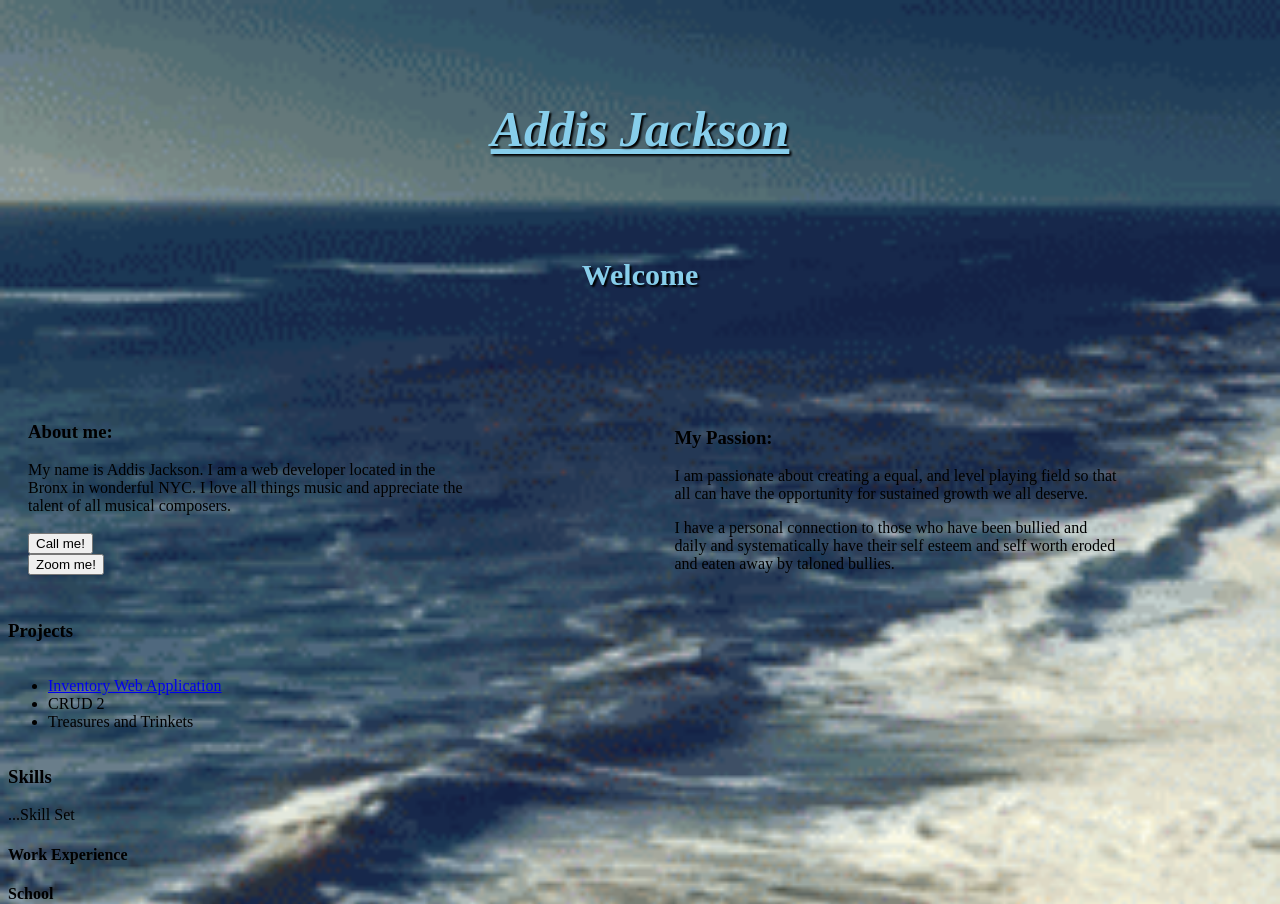
Repository: 10-2-pursuit/lab-design-assets
Page: index.html
The author's editor kept a copy of each file at every save. The page is drawn from the files as they stood at one save, then again after the next save.
The browser window is 1280 px wide. The pictures show the part of the page from y = 0 to 904 px (the page is 1852 px tall).
A picture or video elsewhere on the page could not be fetched, so the positions and the page height are approximate.

Above is the page before, as saved 2023-07-16 05:28:52.

### index.html
<!DOCTYPE html>
<html lang="en">
  <head>
    <meta charset="UTF-8" />
    <meta http-equiv="X-UA-Compatible" content="IE=edge" />
    <meta name="viewport" content="width=device-width, initial-scale=1.0" />
    <link rel="stylesheet" href="style.css" />
    <title>MY PORTFOLIO</title>
  </head>
  <body>
    <header>
      <h1>Addis Jackson</h1>
    </header>
    <main>
      <section>
        <h2>Welcome</h2>
        <article for="about" class="about">
          <h3>About me:</h3>
          <p>
            My name is Addis Jackson.
            I am a web developer located in the Bronx in wonderful NYC.
            I love all things music and appreciate the talent of all musical composers.
            <br>
            <br>
            <button for="callMe">Call me!</button>
            <br>
            <button for="zoomMe" href=""https://us06web.zoom.us/j/7717484238">Zoom me!</button>
          </p>
        </article>
        <article for="passion" class="passion">
          <h3>My Passion:</h3>
          <p>I am passionate about creating a equal, and level playing field so that all can have the opportunity for sustained growth we all deserve.</p>
          <p>I have a personal connection to those who have been bullied and daily and systematically have their self esteem and self worth eroded and eaten away by taloned bullies.</p>

        </article>
      </section>
      <section>
        <h3>Projects</h3>
        <article>
          <ul>
            <!-- TO DO LINK TO THE THREE LABS OR PROJECTS YOU ARE MOST PROUD OF SO FAR -->
            <li><a href="https://github.com/addisjackson/inventory-web-application">Inventory Web Application</a></li>
            <li><CRUD href="https://github.com/addisjackson/crud2">CRUD 2</li>
            <li><Treasures href="https://github.com/addisjackson/Treasures-and-Trinkets-Project-AddisJackson">Treasures and Trinkets</li>
          </ul>
        </article>
        <h3>Skills</h3>
        <article>
        ...<a img src="./assets/Pasted Graphic 1.png">Skill Set</a>
        </article>
      </section>
    </main>
    <aside>
      <h4>Work Experience</h4>
      <!-- add whatever details you want here -->
      <h4>School</h4>
      <!-- add whatever details you want here -->
    </aside>
    <footer>
      <ul>
        <li>
          <!-- TO DO UPDATE LINKS TO GO TO YOUR PROFILES/EMAIL -->
          <a href="https://www.linkedin.com/addisjackson"
            ><img src="./assets/LinkedIn-Logos/LI-Logo.png" alt=""
          /></a>
        </li>
        <li>
          <a href="https://github.com/addisjackson"
            ><img src="./assets/github-mark/github-mark.png" alt=""
          /></a>
        </li>
        <li>
          <a href="mailto:addisjackson@pursuit.org"
            ><img src="./assets/email-g8e9fd44a3_640.png" alt="Email me"
          /></a>
        </li>
      </ul>
    </footer>
  </body>
</html>

### style.css
body {
    background-image: url("./assets/waves-beach.gif");
    background-repeat: no-repeat;
    background-size: cover;
}

h1 {
    font-size: 50px;
    color: skyblue;
    text-align: center;
    margin-top: 100px;
    margin-bottom: 100px;
    text-shadow: 2px 2px 2px black;
    font-weight: bold;
    font-family: Calibri Light, Calibri,;
    font-style: italic;
    text-decoration: underline;
}

h2 {
    font-size: 30px;
    color: skyblue;
    text-align: center;
    margin-top: 100px;
    margin-bottom: 100px;
    text-shadow: 2px 2px 2px black;
    font-weight: bold;
    font-family: fantasy;
}

article {
    display: inline-block;
}

.about {
    text-align: left;
    margin-top: 10px;
    margin-bottom: 10px;
    margin-left: 20px;
    margin-right: 200px;
    width: 35%
}

.about p {
    word-wrap: width ;
}
.passion p {
    word-wrap: width ;
}

.passion {

    text-align: left;
    margin-top: 10px;
    margin-bottom: 10px;
    margin-right: 20px;
    width: 35%
}

After the next save:
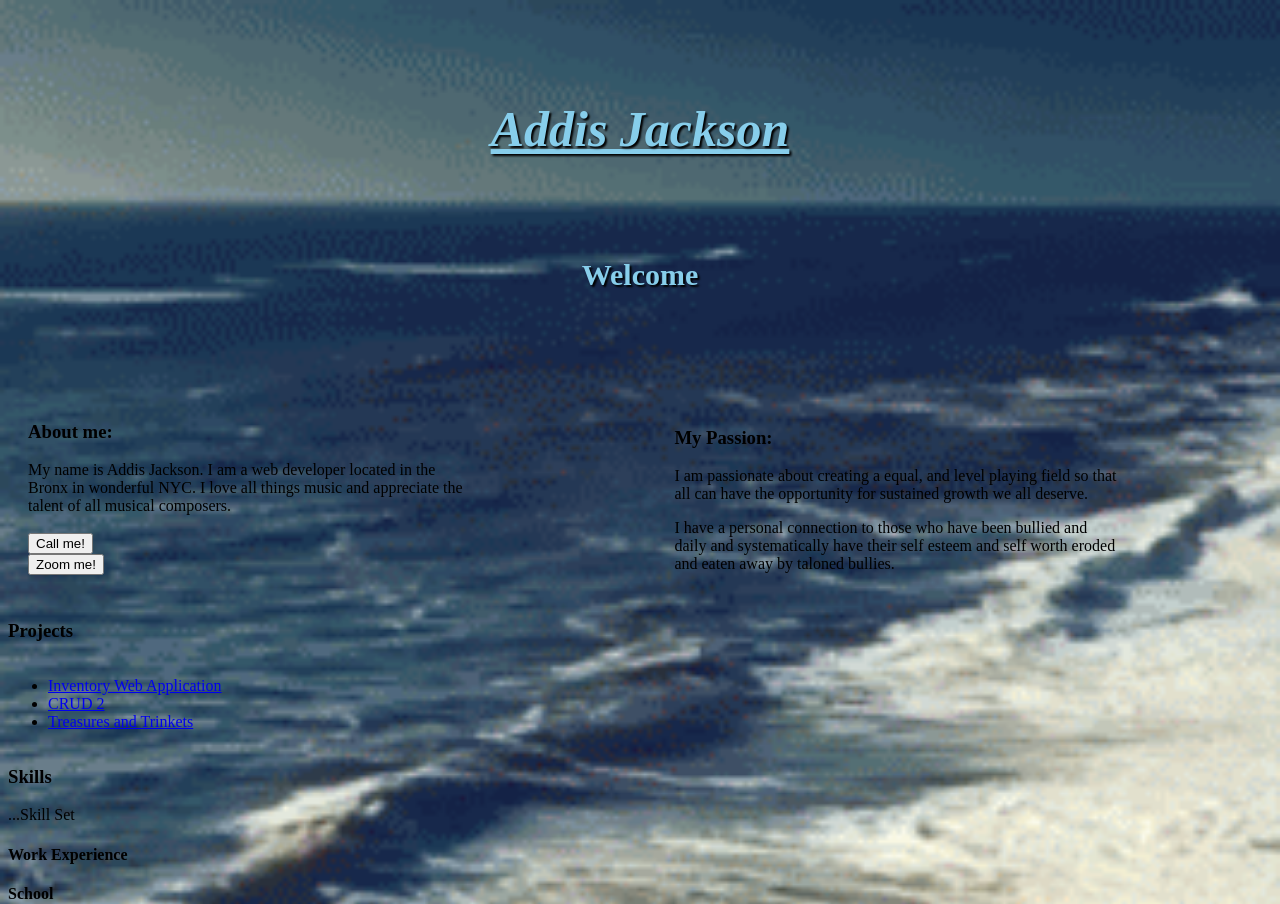
Saved 63 s later.
--- a/index.html
+++ b/index.html
@@ -40,8 +40,8 @@
           <ul>
             <!-- TO DO LINK TO THE THREE LABS OR PROJECTS YOU ARE MOST PROUD OF SO FAR -->
             <li><a href="https://github.com/addisjackson/inventory-web-application">Inventory Web Application</a></li>
-            <li><CRUD href="https://github.com/addisjackson/crud2">CRUD 2</li>
-            <li><Treasures href="https://github.com/addisjackson/Treasures-and-Trinkets-Project-AddisJackson">Treasures and Trinkets</li>
+            <li><a href="https://github.com/addisjackson/crud2">CRUD 2</a></li>
+            <li><a href="https://github.com/addisjackson/Treasures-and-Trinkets-Project-AddisJackson">Treasures and Trinkets</a></li>
           </ul>
         </article>
         <h3>Skills</h3>
